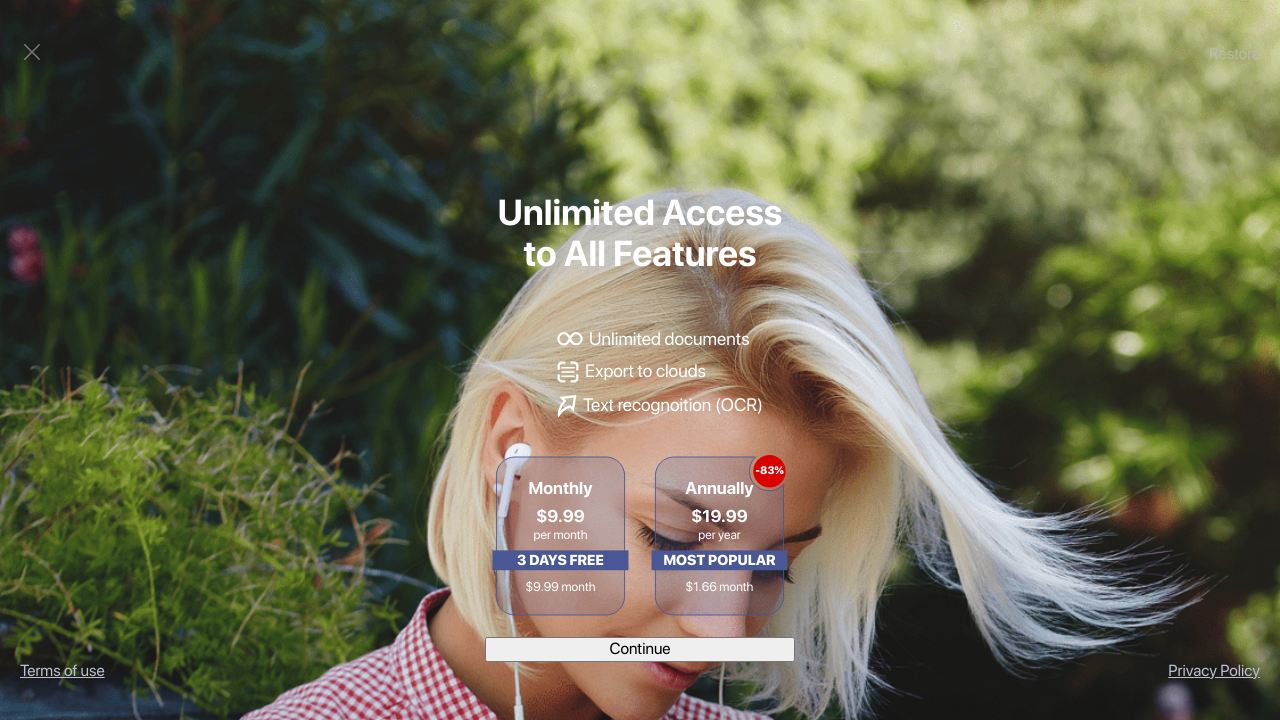
Repository: Ivan0195/bp-banner
Page: /
The author's editor kept a copy of each file at every save. The page is drawn from the files as they stood at one save, then again after the next save.
The browser window is 1280 px wide. The pictures show the whole page.
The project was rebuilt for these pictures with package versions that can differ from the ones it lists, and the page was loaded fresh each time. Also part of the build but not shown: webpack.config.js.

Above is the page before, as saved 2023-03-17 10:42:14.

### src/index.html
<!DOCTYPE html>
<html lang="en">

<head>
  <meta charset="UTF-8">
  <meta http-equiv="X-UA-Compatible" content="IE=edge">
  <meta name="viewport" content="width=device-width, initial-scale=1.0">
  <link rel="icon" href="img/favicon.png" type="image/png">
  <title>BP-mobile</title>
</head>

<body>


  <header>
    <a href="#"><img src="/src/img/close.svg" alt="close"></a>
    <a href="#" class="restore">Restore</a>
  </header>


  <main>

    <h1 class="titleText">Unlimited Access to All Features</h1>

    <ul>
      <li>
        <img src="/src/img/unlimitedDocs.svg"/>
        Unlimited documents
      </li>
      <li><img src="/src/img/noAds.svg" />Export to clouds</li>
      <li><img src="/src/img/export.svg" />Text recognoition (OCR)</li>
    </ul>

    <div class="subscriptionsBlock">

      <div id="month" class="subscriptionMonthlyBlock">
        <span class="title">Monthly</span>
        <div class="subscriptionPriceBlock">
          <span class="bigPrice">$9.99</span>
          <span class="smallText">per month</span>
        </div>
        <span class="promotionLine">3 days free</span>
        <span class="smallText">$9.99 month</span>
      </div>

      <div id="year" class="subscriptionAnnualyBlock">
        <div class="discountTag">-83%</div>
        <span class="title">Annually</span>
        <div class="subscriptionPriceBlock">
          <span class="bigPrice">$19.99</span>
          <span class="smallText">per year</span>
        </div>
        <span class="promotionLine">most popular</span>
        <span class="smallText">$1.66 month</span>
      </div>

    </div>

      <button class="continueButton">Continue</button>
  </main>


  <footer>
    <a href='#'>Terms of use</a>
    <a href='#'>Privacy Policy</a>
  </footer>


</body>
</html>

### src/index.js
import './index.html';
import './index.scss';

const month = document.getElementById('month');
const year = document.getElementById('year');
let linkAdress;

const onElementSelect = (element, target, link) => {
    element.style.scale = 0.9;
    element.style.opacity = 0.5;
    target.style.scale = 1;
    target.style.opacity = 1;
    linkAdress = link
}

month.onclick = () => onElementSelect(year, month, 'https://apple.com/');
year.onclick = () => onElementSelect(month, year, 'https://google.com/ ');

### src/style/_fonts.scss
@font-face {
  font-family: 'SFPro';
  src: url('../fonts/SFProDisplay-Regular.woff2') format('woff2'),
    url('../fonts/SFProDisplay-Regular.woff') format('woff');
}

@font-face {
  font-family: 'SFPro-Bold';
    src: url('../fonts/SFProDisplay-Bold.woff2') format('woff2'),
      url('../fonts/SFProDisplay-Bold.woff') format('woff');
  }

  @font-face {
    font-family: 'SFPro-Heavy';
    src: url('../fonts/SFProDisplay-Heavy.woff2') format('woff2'),
      url('../fonts/SFProDisplay-Heavy.woff') format('woff');
  }

### src/style/_var.scss
$textPrimary: #FFFFFF;
$textSecondary: #BDC0D0;
@mixin FlexCenter {
    display: flex;
    align-items: center;
    justify-content: center;
}

### src/style/_style.scss
body {
  font-family: 'SFPro';
  color: $textPrimary;
  background-image: url("/src/img/background-image.png");
  background-size: cover;
  padding: 40px 20px;
  display: flex;
  flex-direction: column;
  align-items: center;
  justify-content: space-between;
  box-sizing: border-box;
  height: 100vh;
}

header {
  @include FlexCenter;
  justify-content: space-between;
  width: 100%;
}

main {
  @include FlexCenter;
  flex-direction: column;
  justify-content: flex-end;
  height: 100%;
  row-gap: 12px;
}

ul {
  list-style-type: none;
  font-size: 18px;
  display: flex;
  flex-direction: column;
  row-gap: 12px;
}

li {
  display: flex;
  column-gap: 6px;
}

footer {
  width: 100%;
  @include FlexCenter;
  justify-content: space-between;
  color: $textSecondary;
  text-decoration: underline;
}

a {
  text-decoration: none;
  color: $textSecondary;
}

a:visited {
  text-decoration: none;
  color: $textSecondary;
}

.restore {
opacity: 0.6;
}

.titleText {
  width: 286px;
  text-align: center;
  font-family: 'SFPro-Bold';
  font-size: 36px;
}

.subscriptionsBlock {
  @include FlexCenter;
  column-gap: 8px;
}

.subscriptionMonthlyBlock {
  @include FlexCenter;
  flex-direction: column;
  row-gap: 10px;
  background-image: url('/src/img/shape-1.svg');
  height: 178px;
  width: 151px;
  background-size: contain;
  background-repeat: no-repeat;
  background-position: top;
  scale: 0.9;
  transition: all .5s
}

.subscriptionAnnualyBlock {
  position: relative;
  @extend .subscriptionMonthlyBlock;
  background-image: url('/src/img/shape-2.svg');
}

.subscriptionPriceBlock {
  @include FlexCenter;
  flex-direction: column;
}

.title {
  font-family: 'SFPro-bold';
    font-size: 19px;
}

.bigPrice {
  font-family: 'SFPro-bold';
  font-size: 19px;
}

.promotionLine {
  @include FlexCenter;
  background-color: #495795;
  width: 100%;
  text-align: center;
  font-family: 'SFPro-Heavy';
  text-transform: uppercase;
  height: 22px;
}

.smallText {
  font-size: 14px
}

.discountTag {
  @include FlexCenter;
  height: 36px;
  width: 36px;
  border-radius: 50%;
  background-color: #DB0000;
  position: absolute;
  font-family: 'SFPro-Heavy';
  font-size: 12px;
  top: -1px;
  right: 2px;
}

.continueButton {
  width: 100%;
}

Loaded but not shown: src/index.scss (common file)

After the next save:
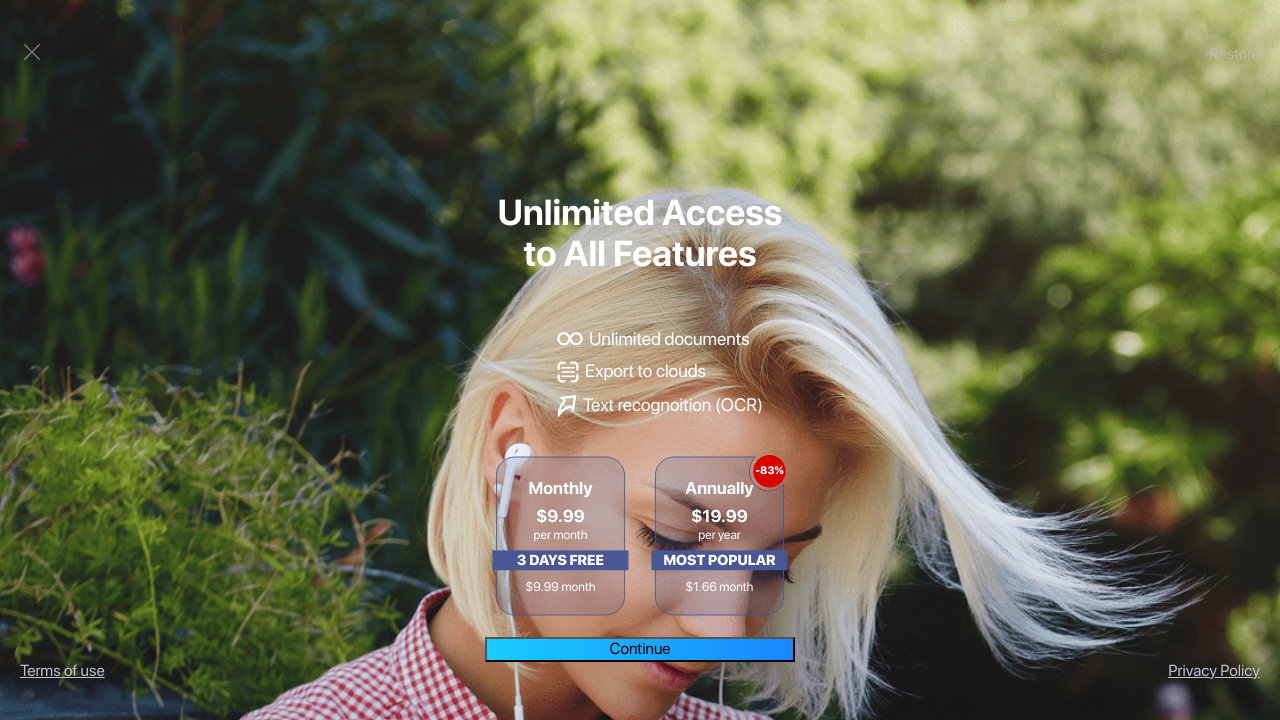
Saved 107 s later.
--- a/src/style/_style.scss
+++ b/src/style/_style.scss
@@ -137,4 +137,5 @@ opacity: 0.6;
 
 .continueButton {
   width: 100%;
+  background: linear-gradient(270deg, #1987FF 0%, #19CCFF 100%);
 }
